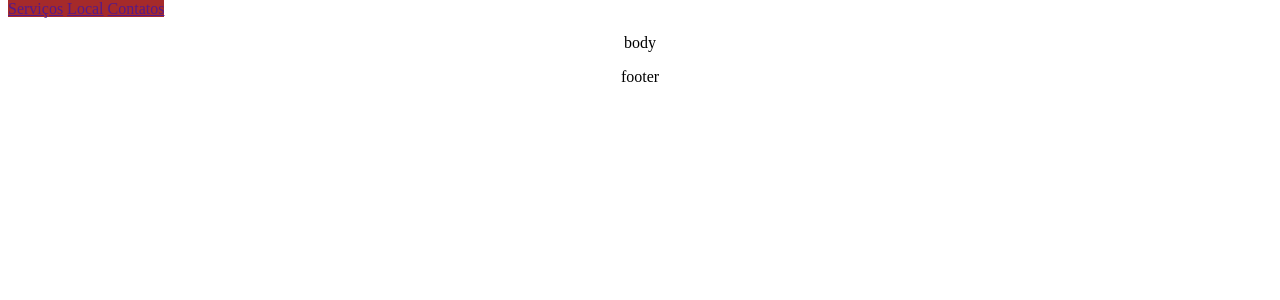
Repository: marllon-hetzler/Site-Salvatore-Barbearia
Page: home.html
An editor plug-in stored every save of this project. The page is shown before and after the next save, followed by the edit.
The browser window is 1280 px wide. The pictures show the whole page.

Above is the page before, as saved 2023-02-18 14:08:02.

After the next save:
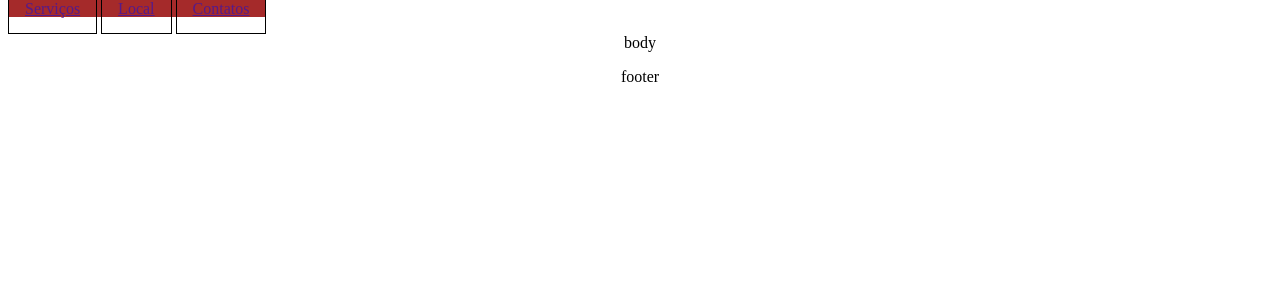
Saved 31 s later.
--- a/home.html
+++ b/home.html
@@ -23,6 +23,10 @@
         background-color: lightgray;
         display: inline;
     }
+    a{
+        border: 1px solid black;
+        padding: 1rem;
+    }
 </style>
 
     <body id="body_p">
